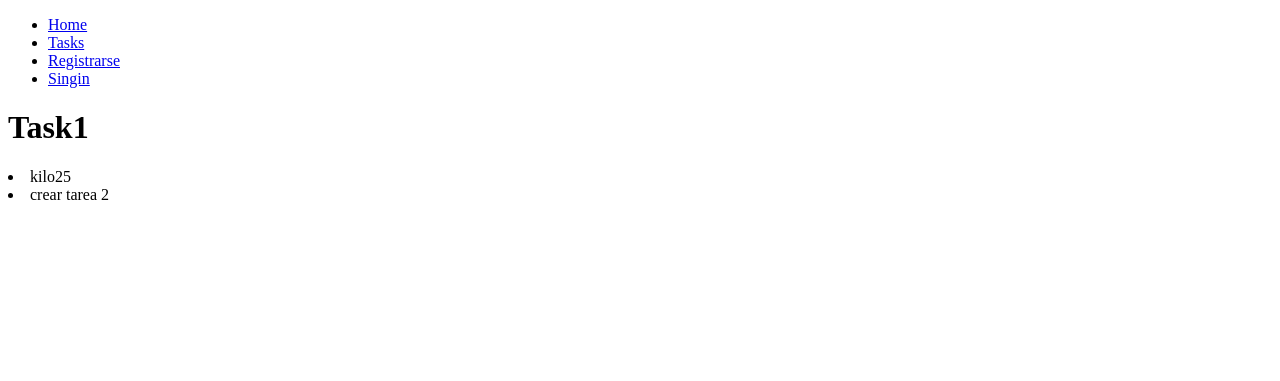
Repository: fercho9922/django-auth-crud
Page: http://localhost/tasks/
These files come from the project's save history. The page is drawn as it stood at one moment and after the next save; the edit follows.
The browser window is 1280 px wide. The pictures show the whole page.
The page is served by the project's application, run on Django 5.2 (manage.py). Other server files are loaded and not shown. The page reads the database file committed with the project.

Above is the page before, as saved 2024-04-11 10:19:21.

### tasks/templates/tasks.html
{% extends 'base.html' %}

{% block content %}

<h1>Task1</h1>

{% for task in tasks %}
    <li>{{task.title}}</li>
{% endfor %}

{% endblock %}

### tasks/templates/base.html
<!DOCTYPE html>
<html lang="en">
<head>
    <meta charset="UTF-8">
    <meta name="viewport" content="width=device-width, initial-scale=1.0">
    <title>Django crud application</title>
</head>
<body>
    <nav>
        <ul>
            <li>
                <a href="/">Home</a>
            </li>
            <li>
                <a href="/tasks">Tasks</a>
            </li>
            {% if user.is_authenticated %}
            <li>
                <a href="/logout">logout</a>
            </li>
            {% else %}
                <li>
                    <a href="/signup">Registrarse</a>
                </li>
                <li>
                    <a href="/signin">Singin</a>
                </li>
            {% endif %}
        </ul>
    </nav>
    {% block content %}
    {% endblock %}
</body>
</html>

### tasks/models.py
from django.db import models
from django.contrib.auth.models import User

# Create your models here.
class task(models.Model):
    title=models.CharField(max_length=100)
    description=models.TextField(blank=True)
    created=models.DateTimeField(auto_now_add=True)
    datecompleted=models.DateTimeField(null=True)
    important=models.BooleanField(default=False)
    user=models.ForeignKey(User, on_delete=models.CASCADE)

    def __str__(self):
        return self.title

### tasks/views.py
from django.shortcuts import render, redirect
from django.http import HttpResponse
from django.contrib.auth.forms import UserCreationForm, AuthenticationForm
from django.contrib.auth import login, logout, authenticate
from django.db import IntegrityError
from django.contrib.auth.models import User
from .forms import TaskForm
from .forms import task
# Create your views here.

def home(request):
    return render(request, 'home.html')


def signup(request):

    if request.method == 'GET':
        print('Enviando formulario')
        return render(request, 'signup.html',{
            'form':UserCreationForm
        })
    else:
        if request.POST['password1']==request.POST['password2']:
            #Registrar usuario
            try:
                user= User.objects.create_user(username=request.POST['username'],password=request.POST['password1'])
                user.save()
                login(request, user)
                return redirect('tasks')

            except IntegrityError:
                return render(request, 'signup.html', {
                'form':UserCreationForm,
                "error": 'USername already exist'
                })

        return render(request, 'signup.html', {
                'form':UserCreationForm,
                "error": 'Password do not match'
                })
        print(request.POST)
        print('Obteniendo datos')


def create_task(request):

    if request.method == 'GET':
        return render(request, 'create_task.html',{
        'form':TaskForm
    })
    else:
        try:
            form=TaskForm(request.POST)
            new_task=form.save(commit=False)
            new_task.user=request.user
            new_task.save()
            return redirect('tasks')
        except ValueError:
            return render (request, 'create_task.html',{
            'form': TaskForm,
            'error': 'please provide valida data'
            })







def tasks(request):
    tasks=task.objects.all()
    return render(request, 'tasks.html',{'tasks': tasks})

def signout(request):
    logout(request)
    return redirect('home')

def signin(request):
   if request.method == 'GET':
    return render(request, 'signin.html',{
    'form': AuthenticationForm

    })
   else:
        user = authenticate(request, username=request.POST['username'], password=request.POST['password'])
        if user is None:
            print(request.POST)
            return render(request, 'signin.html', {
            'form': AuthenticationForm,
            'error': 'Username or password is incorrect'
            })
        else:
            login(request, user)
            return redirect('tasks')

### djangocrud/urls.py
"""
URL configuration for djangocrud project.

The `urlpatterns` list routes URLs to views. For more information please see:
    https://docs.djangoproject.com/en/5.0/topics/http/urls/
Examples:
Function views
    1. Add an import:  from my_app import views
    2. Add a URL to urlpatterns:  path('', views.home, name='home')
Class-based views
    1. Add an import:  from other_app.views import Home
    2. Add a URL to urlpatterns:  path('', Home.as_view(), name='home')
Including another URLconf
    1. Import the include() function: from django.urls import include, path
    2. Add a URL to urlpatterns:  path('blog/', include('blog.urls'))
"""
from django.contrib import admin
from django.urls import path
from tasks import views

urlpatterns = [
    path('admin/', admin.site.urls),
    path('',views.home, name='home'),
    path('signup/',views.signup, name='signup'),
    path('tasks/',views.tasks, name='tasks'),
    path('tasks/create',views.create_task, name='create_task'),
    path('logout/',views.signout, name='logout'),
    path('signin/',views.signin, name='signini'),

]

### db.sqlite3 (the tables this page reads, as SQL)
CREATE TABLE "tasks_task" ("id" integer NOT NULL PRIMARY KEY AUTOINCREMENT, "title" varchar(100) NOT NULL, "description" text NOT NULL, "created" datetime NOT NULL, "datecompleted" datetime NULL, "important" bool NOT NULL, "user_id" integer NOT NULL REFERENCES "auth_user" ("id") DEFERRABLE INITIALLY DEFERRED);
INSERT INTO "tasks_task" VALUES
(9, 'kilo25', 'jkeeorpeefjkafhe', '2024-04-12 18:00:57.282555', NULL, 0, 9),
(12, 'crear tarea 2', 'jlakeiao', '2024-04-15 18:09:21.291021', NULL, 0, 9);

After the next save:
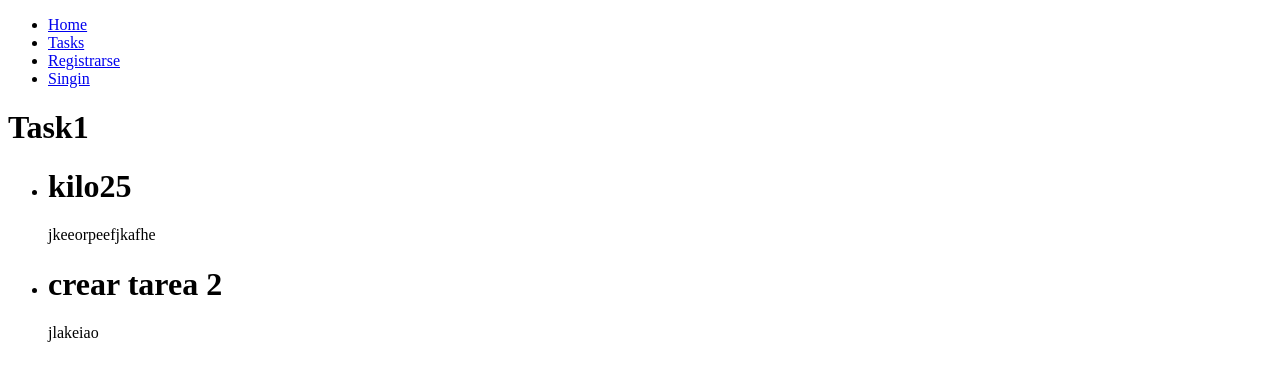
Saved 4 min 21 s later.
--- a/tasks/templates/tasks.html
+++ b/tasks/templates/tasks.html
@@ -4,8 +4,16 @@
 
 <h1>Task1</h1>
 
-{% for task in tasks %}
-    <li>{{task.title}}</li>
-{% endfor %}
+<ul>
+    {% for task in tasks %}
+    <li>
+        <h1>{{task.title}}</h1>
+        <p>{{task.description}}</p>
+        <p>{{task.author.username}}</p>
+    </li>
+    {% endfor %}
+</ul>
+
+
 
 {% endblock %}
